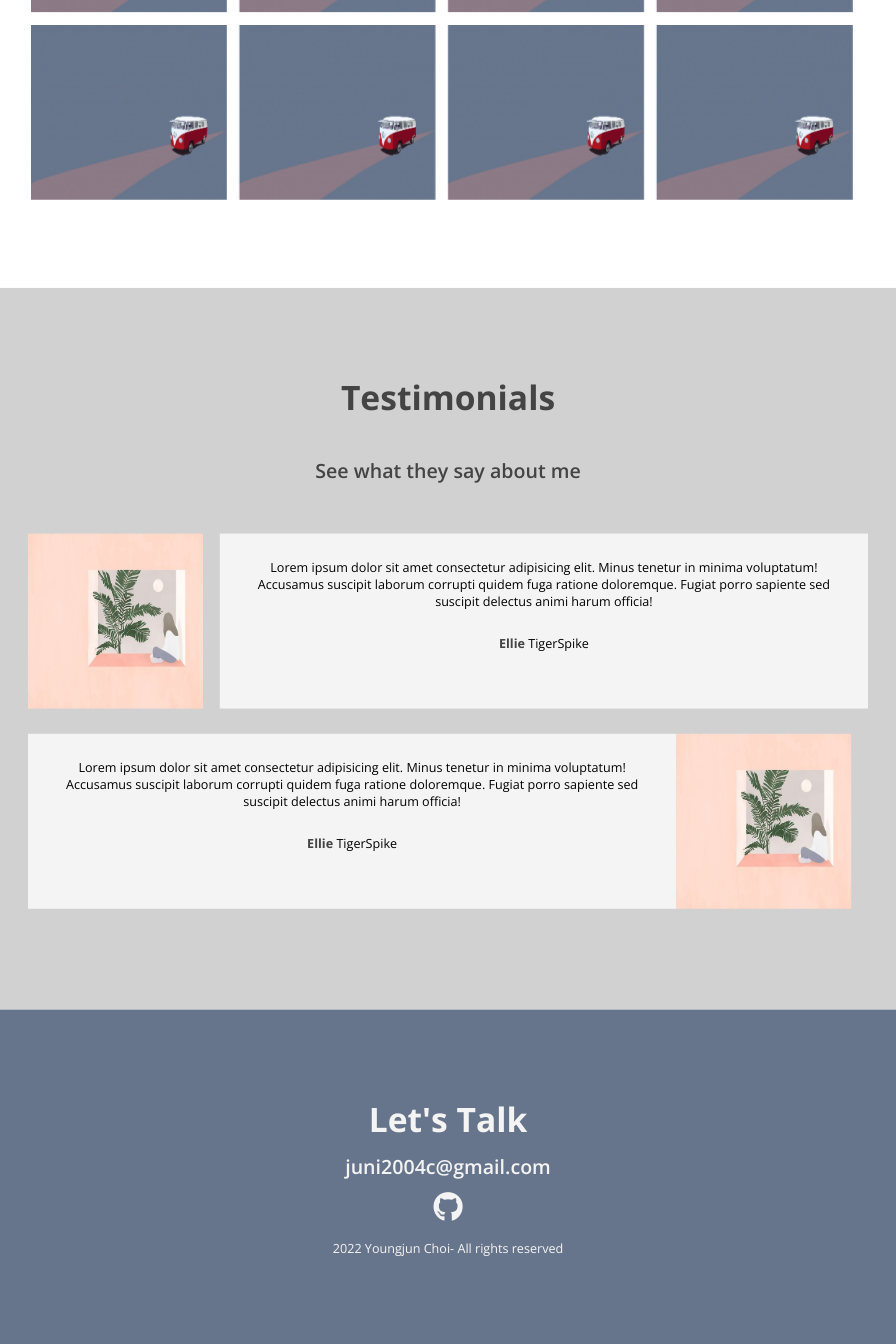
Repository: choi2021/portfolio-vanillaJS
Page: index.html
An editor plug-in stored every save of this project. The page is shown before and after the next save, followed by the edit.
The browser window is 1280 px wide. The pictures show the part of the page from y = 3716 to 5636 px (the page is 5636 px tall), at 70% of full size.
Some web libraries are served in a nearby version.

Above is the page before, as saved 2022-01-08 15:23:21.

After the next save:
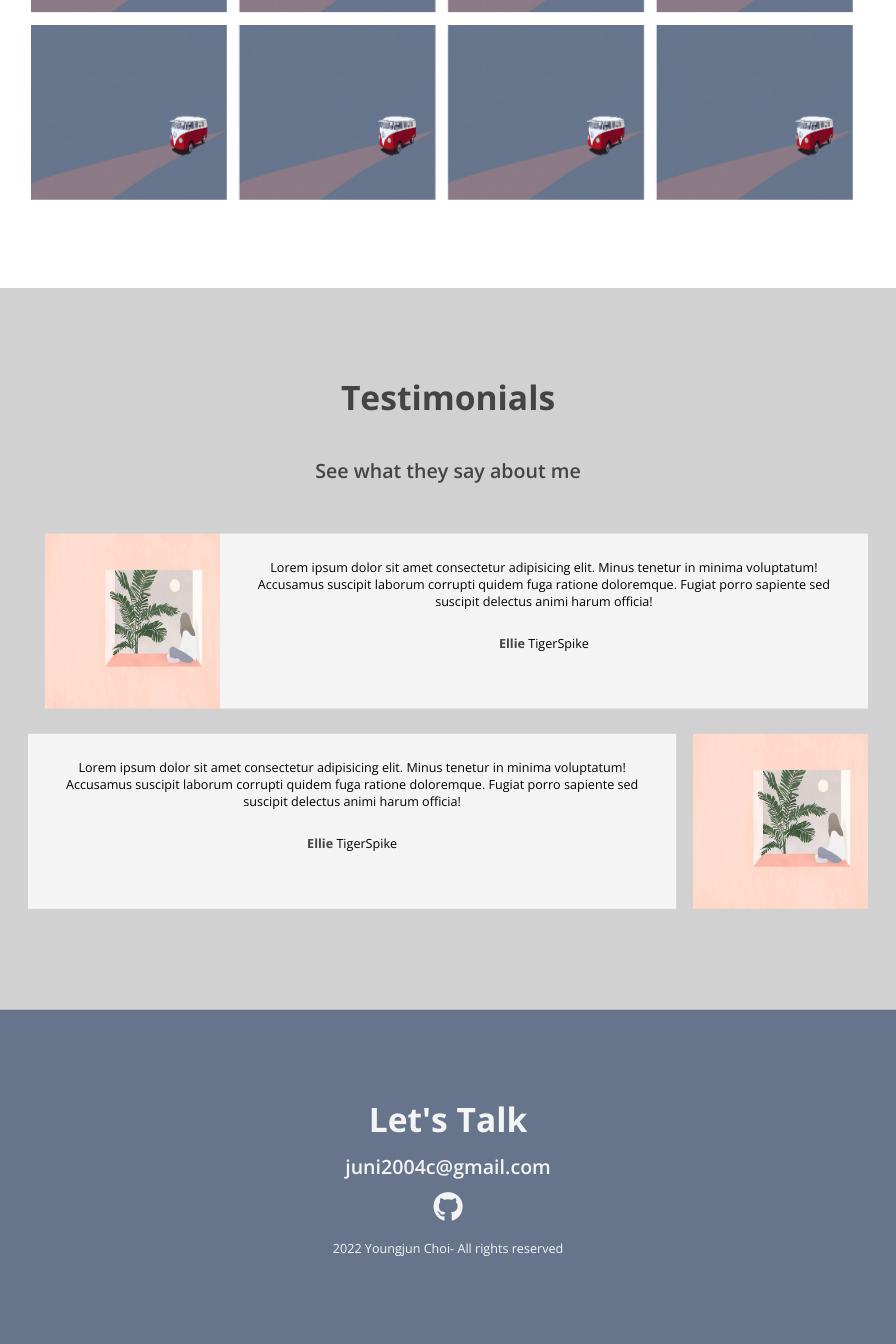
Saved 32 s later.
--- a/style.css
+++ b/style.css
@@ -468,7 +468,7 @@ button {
 }
 
 .testimonial__avatar:nth-child(odd) {
-  margin-right: 24px;
+  margin-left: 24px;
 }
 
 .testimonial__avatar:nth-child(even) {
